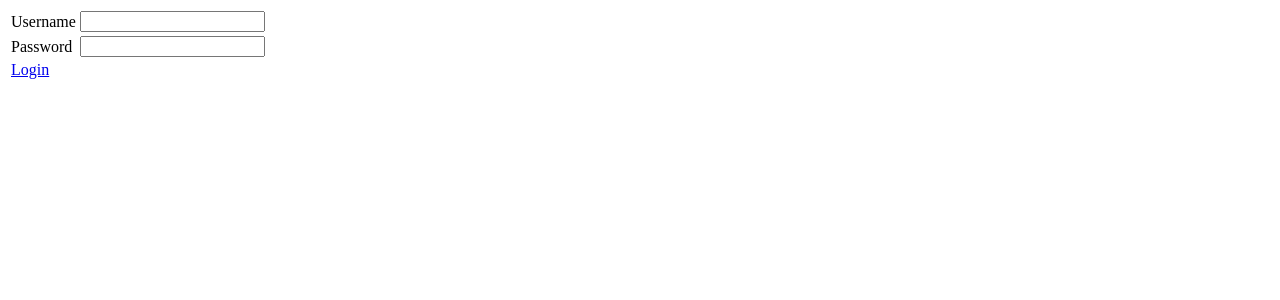
Repository: devAyush2025/JSP_TUT
Page: myapp/src/main/webapp/login.html
An editor plug-in stored every save of this project. The page is shown before and after the next save, followed by the edit.
The browser window is 1280 px wide. The pictures show the whole page.

Above is the page before, as saved 2024-11-21 11:40:35.

### myapp/src/main/webapp/login.html
<!DOCTYPE html>
<html>
<head>
<meta charset="ISO-8859-1">
<title>Login</title>
</head>
<body>
	 <form method="post" action="loginServlet">
        <table>
            <tr>
                <td>Username</td>
                <td><input type="text" name="uname" id=""></td>
            </tr>

            <tr>
                <td>Password</td>
                <td><input type="password" name="pass" id=""></td>
            </tr>

            <tr>
                <td><a href="welcome.html" value="Login">Login</a></td>
            </tr>
        </table>
    </form>
</body>
</html>

After the next save:
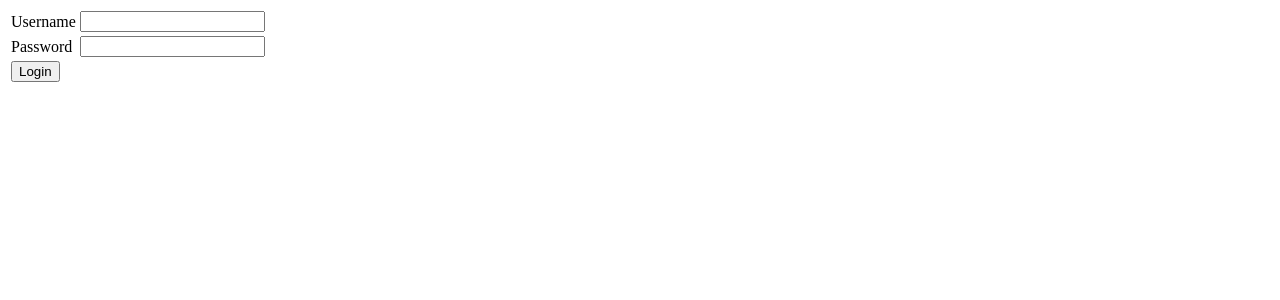
Saved 40 s later.
--- a/myapp/src/main/webapp/login.html
+++ b/myapp/src/main/webapp/login.html
@@ -18,7 +18,7 @@
             </tr>
 
             <tr>
-                <td><a href="welcome.html" value="Login">Login</a></td>
+                <td><button type="submit" value="Login">Login</button></td>
             </tr>
         </table>
     </form>
